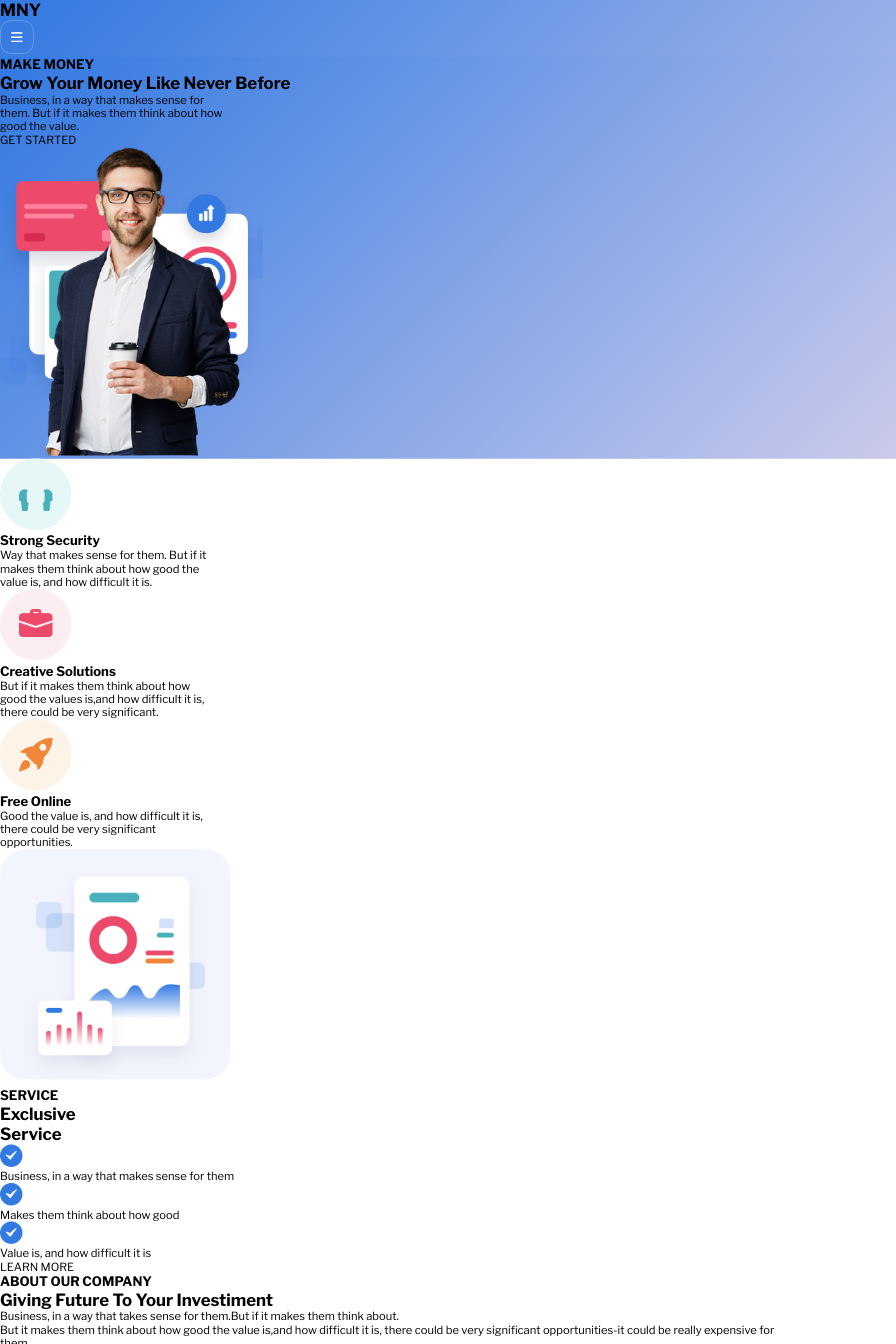
Repository: juniorAntunes910/Make-Money-Design-Avaliacao
Page: index.html
The author's editor kept a copy of each file at every save. The page is drawn from the files as they stood at one save, then again after a run of saves.
The browser window is 1280 px wide. The pictures show the part of the page from y = 0 to 1920 px (the page is 4632 px tall before and 4648 px after), at 70% of full size.

Above is the page before, as saved 2026-03-13 08:10:05.

### index.html
<!DOCTYPE html>
<html lang="pt-br">

<head>
    <meta charset="UTF-8">
    <meta name="viewport" content="width=device-width, initial-scale=1.0">
    <title>Make Money</title>
    <link rel="stylesheet" href="style.css">
    <link rel="stylesheet" href="https://cdnjs.cloudflare.com/ajax/libs/font-awesome/6.5.1/css/all.min.css">
</head>

<body>
    <div class="gradient">
        <header>
            <nav class="container">
                <!--Tive que usar esse metodo alternativo para o gradient ficar correto e nao bugar com o container-->
                <h1 id="header-title">
                    MNY
                </h1>

                <div class="header-box-menu">
                    <img src="Assets/Mobile/header/img-menu-mobile.png" alt="Imagem do menu hamburgue">
                </div>
            </nav>
        </header>

        <main>
            <section id="hero" class="gradient">
                <div class="container">

                    <h3 class="hero-header-subtitle">
                        MAKE MONEY
                    </h3>

                    <h2 class="hero-header-title">
                        Grow Your
                        Money Like
                        Never Before
                    </h2>

                    <p class="hero-header-description">
                        Business, in a way that makes sense for <span class="quebra-mobile"></span>
                        them. But if it makes them think about how <span class="quebra-mobile"></span>
                        good the value.
                    </p>

                    <div id="hero-btn">
                        <p>GET STARTED</p>
                    </div>

                    <div id="hero-img-box">
                        <img src="Assets/Mobile/hero/main-content-img-manCoffe-Mobile.png" alt="Imagem de um homem com roupa de escritorio segurando um café com a mão esquerda, atras do homem há
                            3 graficos indicando crescimento" id="hero-img-box-mobile">

                    </div>
                </div>
            </section>
    </div>

    <section id="main-content" class="container">

        <div id="main-content-cards"><!--Estou usando como um container/box de cards-->

            <div class="main-content-card-box"><!--Primeiro "Card" Strong Security-->

                <div class="main-content-card-box-img-box"><!--Imagem do card-->
                    <img src="Assets/Mobile/main-content/img-card-strong-mobile.png" alt="Imagem de uma bola azul cor #E6F7F8 com duas luvas de box estilo low poly, tambem azul porem
                        mais escuro #49AFBA" class="main-content-card-box-img-box-mobile">
                </div><!--Fim da imagem do card-->

                <h3 class="main-content-card-box-content-title">
                    Strong Security
                </h3>

                <p class="main-content-card-box-content-description">
                    Way that makes sense for them. But if it <span class="quebra-mobile"></span>
                    makes them think about how good the <span class="quebra-mobile"></span>
                    value is, and how difficult it is. <span class="quebra-mobile"></span>
                </p>

            </div><!--Fim do Primeiro "Card" Strong security-->

            <div class="main-content-card-box"><!--Segundo "Card" Creative Solutiions-->

                <div class="main-content-card-box-img-box"><!--Imagem do card-->
                    <img src="Assets/Mobile/main-content/img-card-creative-mobile.png"
                        alt="Imagem de uma bola vermelha cor #FCEDF0, com uma maleta estilo escritorio tambem vermelha #ED496B "
                        class="main-content-card-box-img-box-mobile">
                </div><!--Fim da imagem do card-->

                <h3 class="main-content-card-box-content-title">
                    Creative Solutions
                </h3>

                <p class="main-content-card-box-content-description">
                    But if it makes them think about how <span class="quebra-mobile"></span>
                    good the values is,and how difficult it is, <span class="quebra-mobile"></span>
                    there could be very significant. <span class="quebra-mobile"></span>
                </p>

            </div><!--Fim do Segundo "Card" Creative Solutions-->

            <div class="main-content-card-box"><!--Terceiro "Card" Free Online-->

                <div class="main-content-card-box-img-box"><!--Imagem do card-->
                    <img src="Assets/Mobile/main-content/img-card-free-mobile.png"
                        alt="Imagem de uma bola amarela cor #FDF3E6, com um foguete tambem amarelo #F1863B "
                        class="main-content-card-box-img-box-mobile">
                </div><!--Fim da imagem do card-->

                <h3 class="main-content-card-box-content-title">
                    Free Online
                </h3>

                <p class="main-content-card-box-content-description">
                    Good the value is, and how difficult it is, <span class="quebra-mobile"></span>
                    there could be very significant <span class="quebra-mobile"></span>
                    opportunities. <span class="quebra-mobile"></span>
                </p>

            </div><!--Fim do Terceiro "Card" Free online-->
        </div><!--Fimd o container card Box-->

    </section>

    <div id="line-division-main" class="container"></div><!--Linha de divisão entre main-content e service-->


    <section id="service" class="container">

        <div id="service-img-box">
            <img src="Assets/Mobile/service/img-service-graph-mobile.png" alt="Imagem de dois graficos minimalistas, um grafico sendo o maior e possuindo varios graficos
                dentro da seu espaço e um grafico menor sendo de barras" id="img-service-mobile">
        </div>

        <div class="service-content">
            <div class="service-content-header">
                <h3 class="service-content-subtitle">
                    SERVICE
                </h3>

                <h2 class="service-content-title">
                    Exclusive <span class="quebra-mobile"></span>
                    Service
                </h2>
            </div>

            <div class="service-content-avaiable">
                <ul>
                    <li>
                        <div class="service-content-avaiable-img-box">
                            <img src="Assets/Mobile/service/img-service-avaiable-mobile.png"
                                alt="Imagem de uma bola azul com um simbolo de certo/correto branco no centro"
                                id="img-avaiable-mobile">
                        </div>
                        <p>
                            Business, in a way that makes
                            sense for them
                        </p>
                    </li>

                    <li>
                        <div class="service-content-avaiable-img-box">
                            <img src="Assets/Mobile/service/img-service-avaiable-mobile.png"
                                alt="Imagem de uma bola azul com um simbolo de certo/correto branco no centro"
                                class="img-avaiable-mobile">
                        </div>
                        <p>
                            Makes them think about how
                            good
                        </p>
                    </li>

                    <li>
                        <div class="service-content-avaiable-img-box">
                            <img src="Assets/Mobile/service/img-service-avaiable-mobile.png"
                                alt="Imagem de uma bola azul com um simbolo de certo/correto branco no centro"
                                class="img-avaiable-mobile">
                        </div>
                        <p>
                            Value is, and how difficult it is
                        </p>
                    </li>
                </ul>

                <div id="service-content-avaiable-btn">
                    <p>
                        LEARN MORE
                    </p>
                </div>
            </div>
        </div>
    </section>

    <section id="about">
        <div class="container">
            <h3 class="about-header-subtitle">
                ABOUT OUR COMPANY
            </h3>

            <h2 class="about-header-title">
                Giving Future To
                Your Investiment
            </h2>

            <p class="about-header-description">
                Business, in a way that takes
                sense for them.But if it makes
                them think about.
            </p>

            <p class="about-header-subdescription">
                But it makes them think about how good
                the value is,and how difficult it is, there
                could be very significant opportunities-it
                could be really expensive for them.
            </p>

            <div class="about-header-btn">
                <p>ABOUT US</p>
            </div>
        </div>

        <div id="about-img-box">
            <img src="Assets/Mobile/about/img-about-office-mobile.png"
                alt="imagem dividida em 4 elementos sendo a primeira em cima e maior
                com a foto de um trabalhador de escritorio sorrindo enquanto usa seu computador, abaixo na esquerda um grafico subindo, na direita
                possui duas imagem uma em cima da outra sendo a de cima um icone de banco e a de baixo um icone de cartao" class="about-img-box-img-mobile">
        </div>
    </section>

    <section id="testimonials">
        <div id="testimonials-header">
            <h3 class="testimonials-header-subtitle">
                Testimonials
            </h3>
            <h2 class="testimonials-header-title">
                What Clients
                Say
            </h2>
        </div>

        <div id="testimonials-cards-box"><!--Box de cards testimonial-->

            <div class="testimonials-cards-box-card">

                <div class="testimonials-cards-box-card-header"><!--Person 1-->
                    <div class="testimonials-cards-box-card-header-img-person">
                        <img src="Assets/Mobile/testimonials/persons/img-person1-mobile.png"
                            alt="Imagem de uma pessoa com boné, filtro preto e branco olhando para baixo enquanto sorri"
                            class="testimonials-cards-box-card-header-img-person-mobile">
                    </div>
                    <h3 class="testimonials-cards-box-card-header-title">
                        Asaka Chimako
                    </h3>
                    <div class="testimonials-cards-box-card-header-img-stars">
                        <img src="Assets/Mobile/testimonials/img-stars.png"
                            alt="Imagem de 5 estrelas amarelas, usadas como avaliação"
                            class="testimonials-cards-box-card-header-img-stars-mobile">
                    </div>
                </div>
                <div class="testimonials-cards-box-card-content">
                    <p>Business, in a way that makes sense
                        for them.But if it makes them think
                        about how good the value is, and how
                        difficult it is.
                    </p>
                </div>

                <div class="testimonials-cards-box-card-companys">
                    <div class="testimonials-cards-box-card-companys-img">
                        <img src="Assets/Mobile/testimonials/company/img-digitalside.png" alt="Logo da DigitalSide"
                            class="testimonials-cards-box-card-companys-img-mobile">
                    </div>
                    <p>This week</p>
                </div>

            </div><!--Fim do Person 1-->


            <!--Person 2-->
            <div class="testimonials-cards-box-card-azul"><!--Person 2-->
                <div class="testimonials-cards-box-card-header container">
                    <div class="testimonials-cards-box-card-header-img-person">
                        <img src="Assets/Mobile/testimonials/persons/img-person2-mobile (1).png"
                            alt="Imagem de uma pessoa olhando para a camera enquanto sorri"
                            class="testimonials-cards-box-card-header-img-person-mobile">
                    </div>
                    <h3 class="testimonials-cards-box-card-header-title azul-title">
                        Denice Ekdahl
                    </h3>
                    <div class="testimonials-cards-box-card-header-img-stars">
                        <img src="Assets/Mobile/testimonials/img-stars.png"
                            alt="Imagem de 5 estrelas amarelas, usadas como avaliação"
                            class="testimonials-cards-box-card-header-img-stars-mobile">
                    </div>
                </div>
                <div class="testimonials-cards-box-card-content container azul">
                    <p>
                        But if it makes them think about how
                        good the value is, and how difficult it is,
                        there could be very significant
                        opportunities.
                    </p>
                </div>

                <div class="testimonials-cards-box-card-companys container azul azul-bottom">
                    <div class="testimonials-cards-box-card-companys-img">
                        <img src="Assets/Mobile/testimonials/company/img-vortex.png" alt="Logo da Vortex"
                            class="testimonials-cards-box-card-companys-img-mobile">
                    </div>
                    <p>2 weeks ago</p>
                </div>
            </div>

            <div class="testimonials-cards-box-card">
                <div class="testimonials-cards-box-card-header"><!--Person 3-->
                    <div class="testimonials-cards-box-card-header-img-person">
                        <img src="Assets/Mobile/testimonials/persons/img-person3-mobile.png"
                            alt="Imagem de uma pessoa olhando para a camera enquanto sorri"
                            class="testimonials-cards-box-card-header-img-person-mobile">
                    </div>
                    <h3 class="testimonials-cards-box-card-header-title">
                        Vladěna Klímková
                    </h3>
                    <div class="testimonials-cards-box-card-header-img-stars">
                        <img src="Assets/Mobile/testimonials/img-stars.png"
                            alt="Imagem de 5 estrelas amarelas, usadas como avaliação"
                            class="testimonials-cards-box-card-header-img-stars-mobile">
                    </div>
                </div>
                <div class="testimonials-cards-box-card-content">
                    <p>
                        Think about how good the value is, and
                        how difficult it is, there could be very
                        significant opportunities.
                    </p>
                </div>

                <div class="testimonials-cards-box-card-companys">
                    <div class="testimonials-cards-box-card-companys-img">
                        <img src="Assets/Mobile/testimonials/company/img-fusionsource.png" alt="Logo da FusionSource"
                            class="testimonials-cards-box-card-companys-img-mobile">
                    </div>
                    <p>3 weeks ago</p>
                </div>
            </div>
        </div>

        <div id="testimonials-btn">
            <p>
                TESTIMONIALS
            </p>
        </div>

        <div id="testimonials-ad">
            <h3>Business, in a way that
                makes sense for them. But
                if it makes them think.
            </h3>

            <div id="testimonials-ad-companys">
                <ul>
                    <li>
                        <div class="testimonials-ad-companys-companys-img">
                            <img src="Assets/Mobile/testimonials/company/digitalGra de.png" alt="Logo da digitalSide"
                                class="testimonials-ad-companys-companys-img-mobile">
                        </div>
                    </li>

                    <li>
                        <div class="testimonials-ad-companys-companys-img">
                            <img src="Assets/Mobile/testimonials/company/img-travelexplorer.png"
                                alt="Logo da travelExplorer" class="testimonials-ad-companys-companys-img-mobile">
                        </div>
                    </li>


                    <li>
                        <div class="testimonials-ad-companys-companys-img">
                            <img src="Assets/Mobile/testimonials/company/img-fusionsource.png" alt="Logo da fusionsorce"
                                class="testimonials-ad-companys-companys-img-mobile">
                        </div>
                    </li>


                    <li>
                        <div class="testimonials-ad-companys-companys-img">
                            <img src="Assets/Mobile/testimonials/company/img-mediafury.png" alt="Logo da mediaFury"
                                class="testimonials-ad-companys-companys-img-mobile">
                        </div>
                    </li>
                </ul>
            </div>

            <div class="testimonials-ad-download-img-box">
                <img src="Assets/Mobile/testimonials/img-testimonial-download-mobile.png"
                    alt="Imagem de com 2 celulares em baixo e uma mensagem de download em cima"
                    id="testimonials-ad-download-img-box-mobile">
            </div>
        </div>

    </section>

    <section id="contact">
        <div class="card-azul container">
            <h3 class="container">Get In Touch</h3>
            <form action="#" method="post" class="container">
                <input type="text" id="email" name="email" placeholder="Your email">
                <div class="select-container">
                    <select>
                        <option value="" disabled selected>Subject</option>
                    </select>
                </div>
                <textarea placeholder="Message"></textarea>
                <div class="form-btn">
                    <button type="submit">SUBMIT NOW</button>
                </div>
            </form>
        </div>

        <div id="contact-content" class="container">
            <h3 class="contact-content-subtitle">
                CONTACT
            </h3>
            <h2 class="contact-content-title">
                Contact Us
            </h2>
            <p class="contact-content-description">
                About how good the value is, and how
                difficult it is, there could be very significant
                opportunities.
            </p>
        </div>

        <div id="contact-infos" class="container">
            <ul>
                <li>
                    <div class="contact-infos-img">
                        <img src="Assets/Mobile/contact/img-pin-address-mobile.png"
                            alt="Imagem de uma bola azul, dentro tem um simbolo de localização branco"
                            class="contact-infos-img-mobile">
                    </div>
                    <p>69 Branch Lane Griffin, GA 30223</p>
                </li>

                <li>
                    <div class="contact-infos-img">
                        <img src="Assets/Mobile/contact/img-celphone-mobile.png"
                            alt="Imagem de uma bola azul, dentro tem um telefone branco"
                            class="contact-infos-img-mobile">
                    </div>
                    <p>+1 (234) 567-89-00</p>
                </li>

                <li>
                    <div class="contact-infos-img">
                        <img src="Assets/Mobile/contact/img-email-mobile.png"
                            alt="Imagem de uma bola azul, dentro tem um simbolo de email branco"
                            class="contact-infos-img-mobile">
                    </div>
                    <p>money@info.com</p>
                </li>
            </ul>

            <div class="contact-infos-btn-box">
                <h3 class="contact-infos-btn-box-title">
                    All-in-One Money Solution for Your Business
                </h3>

                <div class="contact-infos-btn-box-btn">
                    <p>
                        CONTACT US
                    </p>
                </div>

                <div class="contact-infos-btn-box-btn">
                    <p>
                        GET STARTED
                    </p>
                </div>
            </div>
        </div>

    </section>

    <div id="line-division-footer-1" class="container"></div>
    </main>

    <footer>

        <h2 id="footer-title">
            MNY
        </h2>

        <div id="footer-links">
            <h4>MENU</h4>
            <ul>
                <li>
                    <p>About</p>
                </li>

                <li>
                    <p>Pricing</p>
                </li>

                <li>
                    <p>Blog</p>
                </li>

                <li>
                    <p>Contact</p>
                </li>
            </ul>

            <h4>SERVICE</h4>
            <ul>
                <li>
                    Finance Analytics
                </li>

                <li>
                    Consulting
                </li>

                <li>
                    Audit & Assurance
                </li>

                <li>
                    Tax Advisory
                </li>
            </ul>

            <div class="footer-links-social">
                <i class="fa-brands fa-facebook-f"></i>

                <i class="fa-brands fa-twitter"></i>

                <i class="fa-brands fa-instagram"></i>
            </div>
        </div>

        <div id="line-division-footer-2" class="container"></div>

        <section id="copyright">

            <div class="copyright-title">
                <p>Copyright © 2021 Laaqiq. </p>
                <p>All Rights Reserved.</p>
            </div>

            <div class="copyright-terms">
                <p>Terms of Use</p>
                <p>Privacy Policy</p>
            </div>
        </section>
    </footer>
</body>

</html>

### style.css
@import url('https://fonts.googleapis.com/css2?family=Libre+Franklin:wght@300;400;700;900&display=swap');

/*Reset */
* {
    margin: 0;
    padding: 0;
    box-sizing: border-box;
}

/*Variaveis */
:root {
    /*Cores*/
    --color-primary: #3279E2;
    --color-primary-light: #CACAEB;
    --color-primary-dark: #062654;
    --color-white: #fff;
    --color-black: #111111;
    --color-text-main: #333333;
    --color-text-opacity: #333333BF;
    --color-subtitle: #AAC4EA;
    --color-bg-about: #ECF1FA;
    --color-line: #D5D6E1;
    --color-border-opacity: #3279E24D;
    --color-white-opacity: #FFFFFF80;
    --color-border-testi: #FFFFFF4B;

    /*Pesos*/
    --weight-light: 300;
    --weight-bold: 700;
    --weight-black: 900;

    /*Radius*/
    --radius-sm: 1rem;
    --radius-md: 1.2rem;
    --radius-lg: 1.5rem;
    --radius-xl: 2.5rem;
    --radius-circle: 5rem;
}

/*Globais */

body {
    font-family: "Libre Franklin", sans-serif;
}

.container {
    width: 90%;
    mmargin: 0 auto;
}

.quebra-mobile {
    display: block;
}

.gradient {
    background: linear-gradient(135deg, var(--color-primary) 0%, var(--color-primary-light) 100%);
}

/*Inicio do Header */

After the next 2 saves:
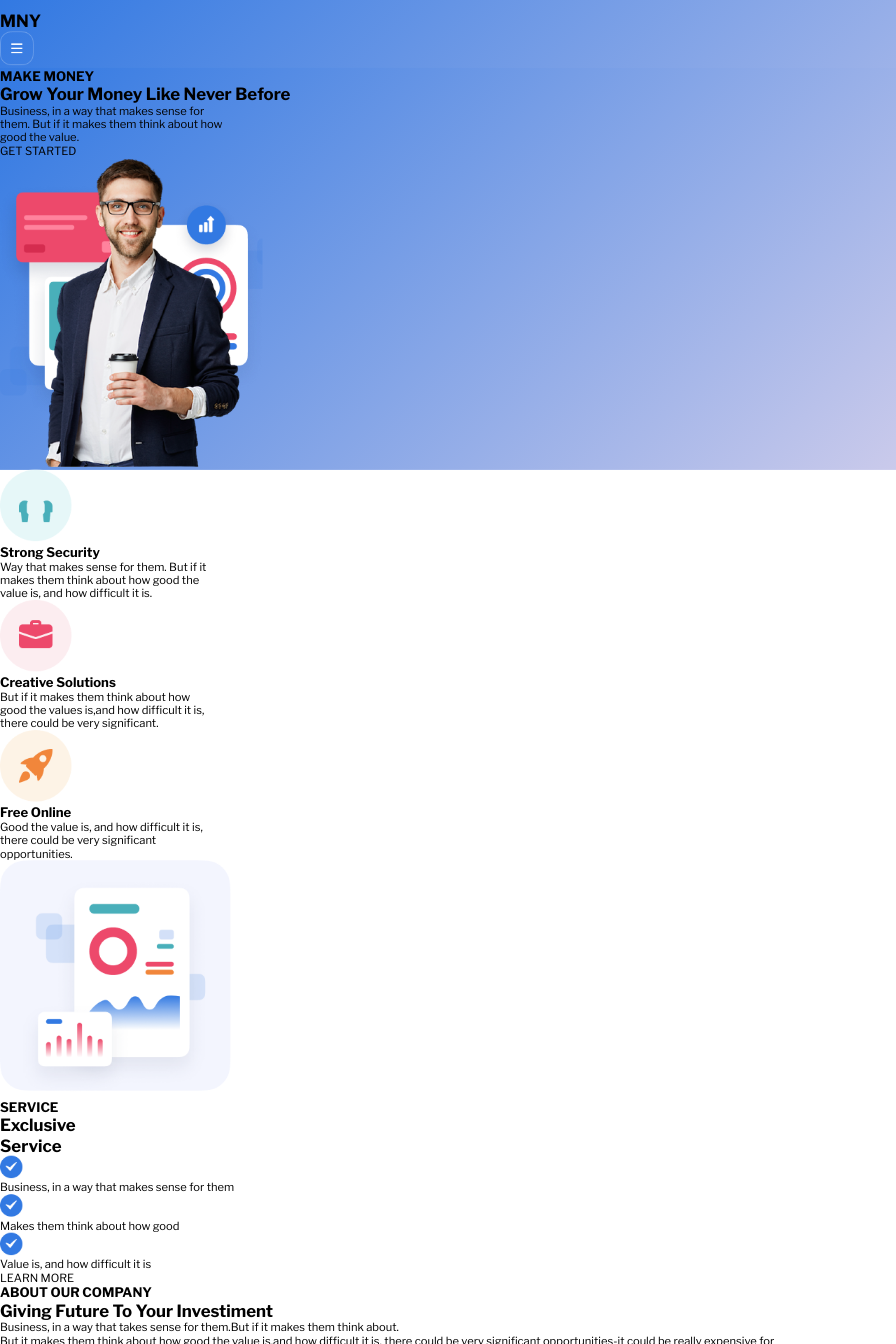
The 2 saves are shown as one change because they came seconds apart.
The last was saved 9 s later.
--- a/style.css
+++ b/style.css
@@ -57,3 +57,7 @@ body {
 }
 
 /*Inicio do Header */
+
+header {
+    padding-top: 1rem;
+}
